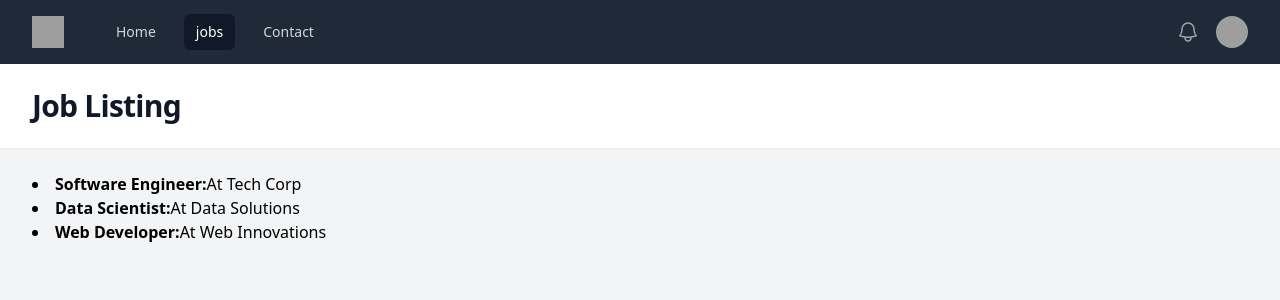
Repository: mennaabdelelhady/30-Days-to-Learn-Laravel
Page: http://localhost/jobs
The author's editor kept a copy of each file at every save. The page is drawn from the files as they stood at one save, then again after the next save.
The browser window is 1280 px wide. The pictures show the whole page.
Pictures or frames that could not be fetched are drawn as grey boxes. Some web libraries are served in a nearby version. The page is served by the project's Laravel application, run on PHP 8.4 with Laravel 12. Other server files are loaded and not shown.

Above is the page before, as saved 2025-07-09 12:31:15.

### routes/web.php
<?php

use Illuminate\Support\Facades\Route;

Route::get('/home', function () {
    return view('home');
});

Route::get('/jobs', function () {
    return view('jobs',[
        'jobs'=>[
            ['title' => 'Software Engineer', 'company' => 'Tech Corp', 'location' => 'New York'],
            ['title' => 'Data Scientist', 'company' => 'Data Solutions', 'location' => 'San Francisco'],
            ['title' => 'Web Developer', 'company' => 'Web Innovations', 'location' => 'Los Angeles']
        ]
    ]);
});

Route::get('/contact', function () {
    return view('contact');
});

### resources/views/jobs.blade.php
<x-layout>
    <x-slot:heading>
        Job Listing
    </x-slot:heading>

    @foreach ($jobs as $job)
    <li><strong>{{$job['title']}}:</strong>At {{ $job['company']}}</li>
    @endforeach

</x-layout>

### resources/views/components/layout.blade.php
<!DOCTYPE html>
<html lang="en" class="h-full bg-gray-100">

<head>
    <meta charset="UTF-8">
    <meta name="viewport" content="width=device-width, initial-scale=1.0">
    <title>My Website</title>
    <script src="https://cdn.tailwindcss.com"></script>
</head>

<body class="h-full">
    <div class="min-h-full">
        <nav class="bg-gray-800">
            <div class="mx-auto max-w-7xl px-4 sm:px-6 lg:px-8">
                <div class="flex h-16 items-center justify-between">
                    <div class="flex items-center">
                        <div class="shrink-0">
                            <img class="size-8"
                                src="https://laracasts.com/images/logo/logo-triangle.svg"
                                alt="Your Company" />
                        </div>
                        <div class="hidden md:block">
                            <div class="ml-10 flex items-baseline space-x-4">
                                <!-- Current: "bg-gray-900 text-white", Default: "text-gray-300 hover:bg-gray-700 hover:text-white" -->
                                <x-nav-link href="/home" :active="request()->is('home')">Home</x-nav-link>
                                <x-nav-link href="/jobs" :active="request()->is('jobs')">jobs</x-nav-link>
                                <x-nav-link href="/contact" :active="request()->is('contact')" type="button">Contact</x-nav-link>
                            </div>
                        </div>
                    </div>
                    <div class="hidden md:block">
                        <div class="ml-4 flex items-center md:ml-6">
                            <button type="button"
                                class="relative rounded-full bg-gray-800 p-1 text-gray-400 hover:text-white focus:ring-2 focus:ring-white focus:ring-offset-2 focus:ring-offset-gray-800 focus:outline-hidden">
                                <span class="absolute -inset-1.5"></span>
                                <span class="sr-only">View notifications</span>
                                <svg class="size-6" fill="none" viewBox="0 0 24 24" stroke-width="1.5"
                                    stroke="currentColor" aria-hidden="true" data-slot="icon">
                                    <path stroke-linecap="round" stroke-linejoin="round"
                                        d="M14.857 17.082a23.848 23.848 0 0 0 5.454-1.31A8.967 8.967 0 0 1 18 9.75V9A6 6 0 0 0 6 9v.75a8.967 8.967 0 0 1-2.312 6.022c1.733.64 3.56 1.085 5.455 1.31m5.714 0a24.255 24.255 0 0 1-5.714 0m5.714 0a3 3 0 1 1-5.714 0" />
                                </svg>
                            </button>

                            <!-- Profile dropdown -->
                            <div class="relative ml-3">
                                <div>
                                    <button type="button"
                                        class="relative flex max-w-xs items-center rounded-full bg-gray-800 text-sm focus:outline-hidden focus-visible:ring-2 focus-visible:ring-white focus-visible:ring-offset-2 focus-visible:ring-offset-gray-800"
                                        id="user-menu-button" aria-expanded="false" aria-haspopup="true">
                                        <span class="absolute -inset-1.5"></span>
                                        <span class="sr-only">Open user menu</span>
                                        <img class="size-8 rounded-full"
                                            src="https://laracasts.com/images/lary-ai-face.svg"
                                            alt="" />
                                    </button>
                                </div>


                            </div>
                        </div>
                    </div>
                    <div class="-mr-2 flex md:hidden">
                        <!-- Mobile menu button -->
                        <button type="button"
                            class="relative inline-flex items-center justify-center rounded-md bg-gray-800 p-2 text-gray-400 hover:bg-gray-700 hover:text-white focus:ring-2 focus:ring-white focus:ring-offset-2 focus:ring-offset-gray-800 focus:outline-hidden"
                            aria-controls="mobile-menu" aria-expanded="false">
                            <span class="absolute -inset-0.5"></span>
                            <span class="sr-only">Open main menu</span>
                            <!-- Menu open: "hidden", Menu closed: "block" -->
                            <svg class="block size-6" fill="none" viewBox="0 0 24 24" stroke-width="1.5"
                                stroke="currentColor" aria-hidden="true" data-slot="icon">
                                <path stroke-linecap="round" stroke-linejoin="round"
                                    d="M3.75 6.75h16.5M3.75 12h16.5m-16.5 5.25h16.5" />
                            </svg>
                            <!-- Menu open: "block", Menu closed: "hidden" -->
                            <svg class="hidden size-6" fill="none" viewBox="0 0 24 24" stroke-width="1.5"
                                stroke="currentColor" aria-hidden="true" data-slot="icon">
                                <path stroke-linecap="round" stroke-linejoin="round" d="M6 18 18 6M6 6l12 12" />
                            </svg>
                        </button>
                    </div>
                </div>
            </div>

            <!-- Mobile menu, show/hide based on menu state. -->
            <div class="md:hidden" id="mobile-menu">
                <div class="space-y-1 px-2 pt-2 pb-3 sm:px-3">
                    <!-- Current: "bg-gray-900 text-white", Default: "text-gray-300 hover:bg-gray-700 hover:text-white" -->
                    <a href="/home" class="block rounded-md bg-gray-900 px-3 py-2 text-base font-medium text-white"
                        aria-current="page">Home</a>
                    <a href="/about"
                        class="block rounded-md px-3 py-2 text-base font-medium text-gray-300 hover:bg-gray-700 hover:text-white">About</a>
                    <a href="/contact"
                        class="block rounded-md px-3 py-2 text-base font-medium text-gray-300 hover:bg-gray-700 hover:text-white">Contact</a>
                    <a href="#"
                </div>
                <div class="border-t border-gray-700 pt-4 pb-3">
                    <div class="flex items-center px-5">
                        <div class="shrink-0">
                            <img class="size-10 rounded-full"
                                src="https://laracasts.com/images/lary-ai-face.svg"
                                alt="" />
                        </div>
                        <div class="ml-3">
                            <div class="text-base/5 font-medium text-white">lary robot</div>
                            <div class="text-sm font-medium text-gray-400">menna@gmail.com</div>
                        </div>
                        <button type="button"
                            class="relative ml-auto shrink-0 rounded-full bg-gray-800 p-1 text-gray-400 hover:text-white focus:ring-2 focus:ring-white focus:ring-offset-2 focus:ring-offset-gray-800 focus:outline-hidden">
                            <span class="absolute -inset-1.5"></span>
                            <span class="sr-only">View notifications</span>
                            <svg class="size-6" fill="none" viewBox="0 0 24 24" stroke-width="1.5"
                                stroke="currentColor" aria-hidden="true" data-slot="icon">
                                <path stroke-linecap="round" stroke-linejoin="round"
                                    d="M14.857 17.082a23.848 23.848 0 0 0 5.454-1.31A8.967 8.967 0 0 1 18 9.75V9A6 6 0 0 0 6 9v.75a8.967 8.967 0 0 1-2.312 6.022c1.733.64 3.56 1.085 5.455 1.31m5.714 0a24.255 24.255 0 0 1-5.714 0m5.714 0a3 3 0 1 1-5.714 0" />
                            </svg>
                        </button>
                    </div>
                    <div class="mt-3 space-y-1 px-2">
                        <a href="#"
                            class="block rounded-md px-3 py-2 text-base font-medium text-gray-400 hover:bg-gray-700 hover:text-white">Your
                            Profile</a>
                        <a href="#"
                            class="block rounded-md px-3 py-2 text-base font-medium text-gray-400 hover:bg-gray-700 hover:text-white">Settings</a>
                        <a href="#"
                            class="block rounded-md px-3 py-2 text-base font-medium text-gray-400 hover:bg-gray-700 hover:text-white">Sign
                            out</a>
                    </div>
                </div>
            </div>
        </nav>

        <header class="bg-white shadow-sm">
            <div class="mx-auto max-w-7xl px-4 py-6 sm:px-6 lg:px-8">
                <h1 class="text-3xl font-bold tracking-tight text-gray-900">{{$heading}}</h1>
            </div>
        </header>
        <main>
            <div class="mx-auto max-w-7xl px-4 py-6 sm:px-6 lg:px-8">
                {{$slot}}
            </div>
        </main>
    </div>

</body>

</html>

### resources/views/components/nav-link.blade.php
@props(['active'=>false])
<a class="{{ $active ? 'bg-gray-900 text-white' : 'text-gray-300 hover:bg-gray-700 hover:text-white' }} px-3 py-2 rounded-md text-sm font-medium"
    aria-current="{{$active? 'page':'false'}}"
    {{ $attributes }}
    >{{ $slot }}</a>

After the next save:
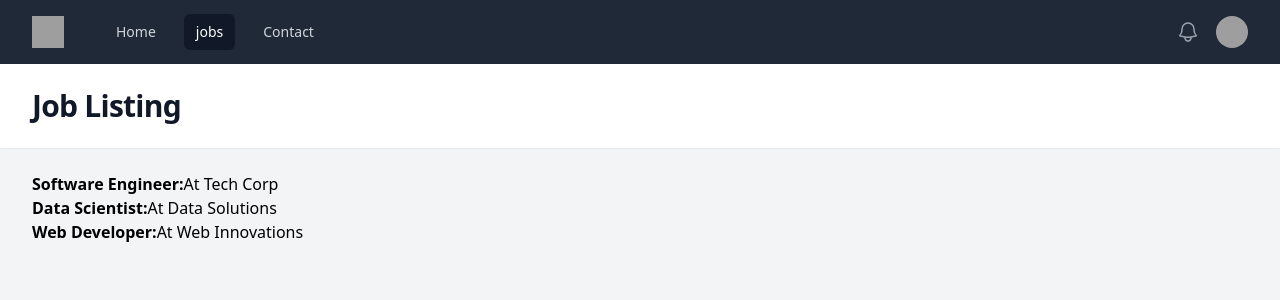
Saved 83 s later.
--- a/resources/views/jobs.blade.php
+++ b/resources/views/jobs.blade.php
@@ -3,8 +3,11 @@
         Job Listing
     </x-slot:heading>
 
-    @foreach ($jobs as $job)
-    <li><strong>{{$job['title']}}:</strong>At {{ $job['company']}}</li>
-    @endforeach
+    <ul>
+        @foreach ($jobs as $job)
+            <li><strong>{{ $job['title'] }}:</strong>At {{ $job['company'] }}</li>
+        @endforeach
+    </ul>
+
 
 </x-layout>
